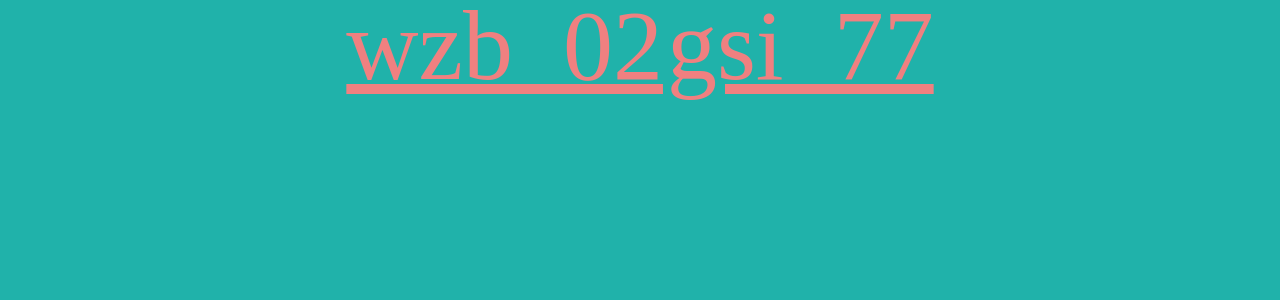
Repository: KHANas02/JS_first-lesson
Page: GIT.html
These files come from the project's save history. The page is drawn as it stood at one moment and after the next save; the edit follows.
The browser window is 1280 px wide. The pictures show the whole page.

Above is the page before, as saved 2024-03-23 10:01:01.

### GIT.html
<!DOCTYPE html>
<html lang="en">
<head>
    <meta charset="UTF-8">
    <meta name="viewport" content="width=device-width, initial-scale=1.0">
    <title>Git Hub accounts</title>
    <link rel="stylesheet" href="./index.html">
    <style>
         body {
        background-color: lightseagreen;
        text-align: center;
        position: relative;
        bottom: 20px;
      }
      a:hover {
        scale: 125%;
      }
      a {
        color: lightcoral;
        font-size: 100px;
        font-weight: 100px;
      }
    </style>
</head>
<body>
    <a href="https://github.com/KHANas02">wzb_02</a>
    <a href="https://github.com/saidagafurova">gsi_77</a>
</body>
</html>

### index.html
<!DOCTYPE html>
<html lang="en">
  <head>
    <meta charset="UTF-8" />
    <meta name="viewport" content="width=device-width, initial-scale=1.0" />
    <title>Market</title>
    <link rel="stylesheet" href="./style.css" />
  </head>
  <body>
    <video autoplay loop muted plays-inline class="background-video">
      <source
        src="https://github.com/ecemgo/mini-samples-great-tricks/assets/13468728/82f375e7-244f-4c21-90ac-9abd7549ed05"
        type="video/mp4"
      />
    </video>

    <input type="checkbox" id="check" />
    <label for="check" class="icons">
      <i class="bx bx-menu" id="menu-icon"></i>
      <i class="bx bx-x" id="close-icon"></i>
    </label>

    <nav class="navbar">
      <a target="_blank" href="#" class="nav-item" style="--i: 0">Home</a>
      <a target="_blank" href="#" class="nav-item" style="--i: 1">Book</a>
      <a target="_blank" href="#" class="nav-item" style="--i: 2">Favorites</a>
      <a target="_blank" href="#" class="nav-item" style="--i: 3">Contact</a>
      <a target="_blank" href="#" class="nav-item" style="--i: 4">About us</a>
      <a target="_blank" href="GIT.html" class="nav-item" style="--i: 5">GIT HUB</a>
      <a target="_blank" href="#" class="nav-item" style="--i: 6">Services</a>
      <a target="_blank" href="portfolio.html" class="nav-item" style="--i: 7"
        >Portfolio</a
      >
      <a target="_blank" href="sale.html" class="nav-item" style="--i: 6"
        >Sale</a
      >
      <a target="_blank" href="location.html" class="nav-item" style="--i: 6"
        >Our location</a
      >
      <a target="_blank" href="feedback.html" class="nav-item" style="--i: 8"
        >Feedback</a
      >
    </nav>

    <section class="content">
      <h1>Company</h1>
      <a href="#" class="btn light"></a>
    </section>

    <div class="container">
      <div class="card">
        <img src="photo_2024-02-25_17-26-45.jpg" />
        <div class="card__head">Costs:10.000 Sum</div>
      </div>
      <div class="card">
        <img src="photo_2024-02-26_21-07-56.jpg" />
        <div class="card__head">Costs:5.000 Sum</div>
      </div>

      <div class="card">
        <img src="photo_2024-02-26_21-07-54.jpg" />
        <div class="card__head">Costs:7.000 Sum</div>
      </div>

      <div class="card">
        <img src="photo_2024-03-22_22-08-20.jpg" />
        <div class="card__head">Costs:7.000 Sum</div>
      </div>
      <img class="card">
        <img src="photo_2024-03-22_22-21-49.jpg" />
        <div class="card__head">Costs:7.000 Sum</div>
      </img>
    </div>
  </body>
</html>

After the next save:
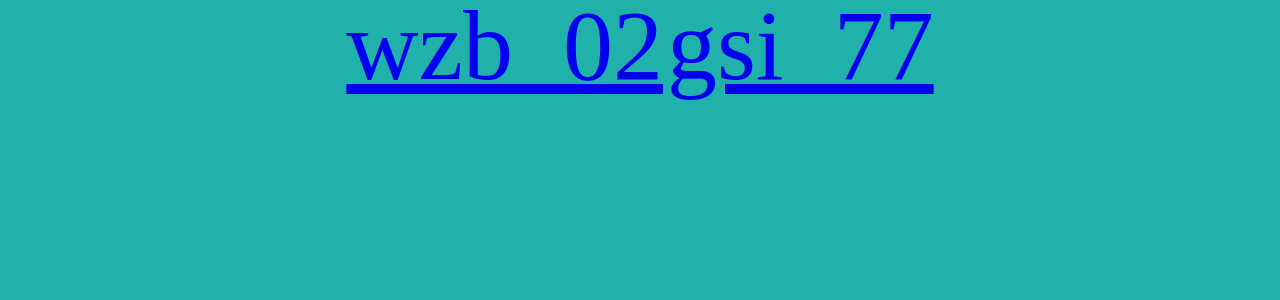
Saved 6 s later.
--- a/GIT.html
+++ b/GIT.html
@@ -16,7 +16,7 @@
         scale: 125%;
       }
       a {
-        color: lightcoral;
+        color: lightse;
         font-size: 100px;
         font-weight: 100px;
       }
